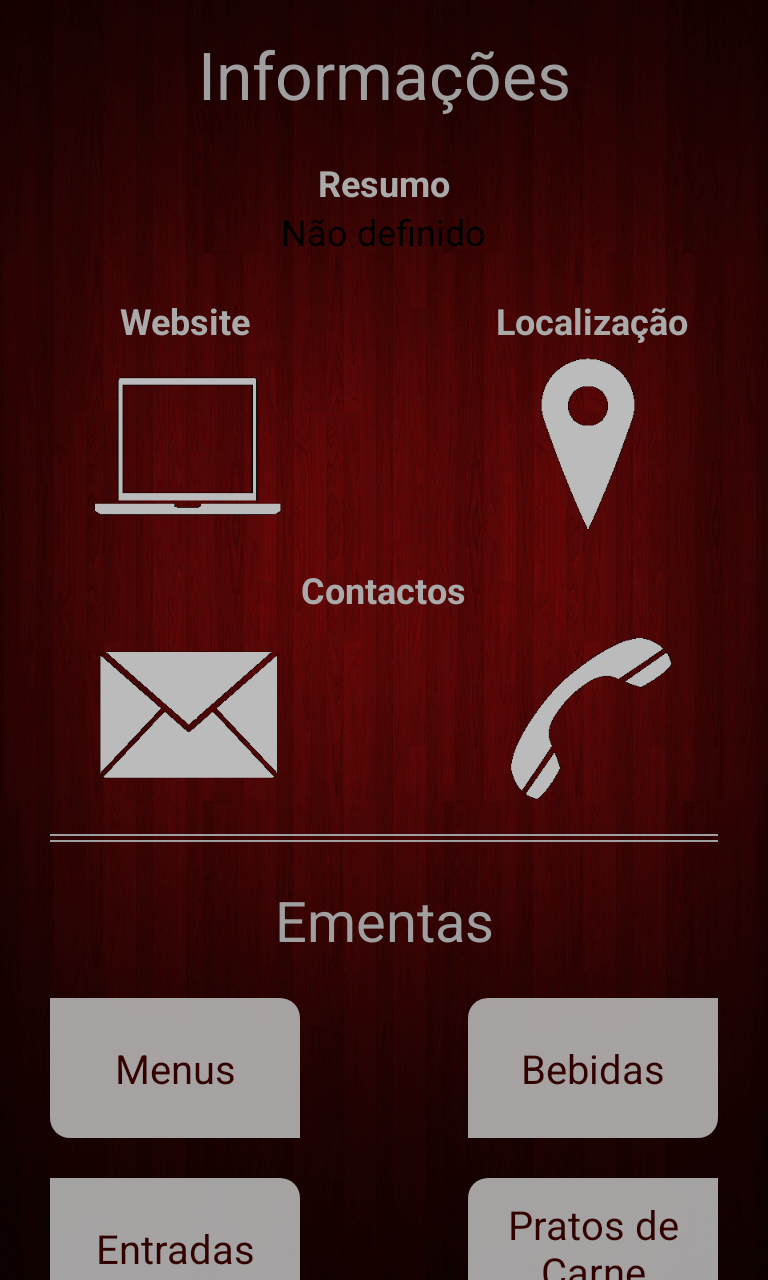
Repository: LuisFilipeDias/eMenu
Layout: SideMenuTutorial/res/layout/fragment.xml
The author's editor kept a copy of each file at every save. The layout is drawn from the files as they stood at one save, then again after the next save.
It is drawn on a 768 x 1280 px phone screen (xhdpi) without system bars, with theme Theme.Sherlock; the app's code is not run.

Above is the layout before, as saved 2013-12-23 22:34:11.

### SideMenuTutorial/res/layout/fragment.xml
<LinearLayout xmlns:android="http://schemas.android.com/apk/res/android"
    xmlns:tools="http://schemas.android.com/tools"
    android:id="@+id/LinearLayout1"
    android:layout_width="match_parent"
    android:layout_height="match_parent"
    android:orientation="vertical"
    android:background="@drawable/back_a"
    tools:context=".MainActivity" >

    <ScrollView
        android:id="@+id/scrollView1"
        android:layout_width="match_parent"
        android:layout_height="match_parent">

	    <RelativeLayout
	        android:layout_width="match_parent"
	        android:layout_height="match_parent"
	        android:layout_marginLeft="25dp"
	        android:layout_marginRight="25dp" >

		    <RelativeLayout
		        android:id="@+id/relative_1"
		        android:layout_width="match_parent"
		        android:layout_height="match_parent"
		        android:layout_alignParentLeft="true"
		        android:layout_alignParentRight="true" >

		   		<TextView
		        	android:id="@+id/info_ttl"
		            android:text="@string/info_ttl"
		            android:textColor="@color/emenu_color"
		            android:layout_width="match_parent"
		            android:layout_height="match_parent"
	            	android:layout_marginTop="15dp"
		            android:textAppearance="?android:attr/textAppearanceLarge"
	            	android:gravity="center_horizontal|center_vertical"
		            android:textSize="33sp"/>

			    <TextView
			        android:id="@+id/resumee_ttl"
			        android:layout_width="wrap_content"
			        android:layout_height="wrap_content"
			        android:layout_below="@+id/info_ttl"
			        android:layout_centerHorizontal="true"
			        android:layout_marginTop="20dp"
			        android:text="@string/resumee_ttl"
			        android:textAppearance="?android:attr/textAppearanceLarge"
			        android:textColor="@android:color/darker_gray"
			        android:textSize="18sp"
			        android:textStyle="bold" />

			    <TextView
			        android:id="@+id/resumee_txt"
			        android:layout_width="wrap_content"
			        android:layout_height="wrap_content"
			        android:layout_below="@+id/resumee_ttl"
			        android:layout_centerHorizontal="true"
			        android:text="@string/resumee_txt"
			        android:textAppearance="?android:attr/textAppearanceLarge"
			        android:textSize="18sp" />

		   		<TextView
		            android:id="@+id/website_ttl"
		            android:text="@string/website_ttl"
		            android:textStyle="bold"
		            android:textColor="@android:color/darker_gray"
		            android:layout_width="wrap_content"
		            android:layout_height="wrap_content"
	            	android:layout_marginTop="20dp"
	            	android:layout_marginLeft="35dp"
	            	android:layout_below="@+id/resumee_txt"
		            android:textAppearance="?android:attr/textAppearanceLarge"
		            android:clickable="true"
		            android:textSize="18sp" />

		   		<Button
		            android:id="@+id/website_txt"
		            android:layout_width="100dp"
		            android:layout_height="100dp"
	            	android:layout_marginLeft="-15dp"
	            	android:layout_below="@+id/website_ttl"
			        android:layout_alignLeft="@+id/website_ttl"
	            	android:background="@drawable/website_clicked"
	            	android:onClick="websiteClicked" />

			   	<TextView
			       	android:id="@+id/location_ttl"
			       	android:layout_width="wrap_content"
			       	android:layout_height="wrap_content"
	               	android:layout_marginTop="20dp"
	               	android:layout_marginRight="15dp"
			       	android:layout_alignParentRight="true"
	            	android:layout_below="@+id/resumee_txt"
			       	android:clickable="true"
			       	android:text="@string/location_ttl"
			       	android:textAppearance="?android:attr/textAppearanceLarge"
			       	android:textColor="@android:color/darker_gray"
			       	android:textSize="18sp"
			       	android:textStyle="bold" />

			   	<Button
			       	android:id="@+id/location_txt"
			       	android:layout_width="100dp"
			       	android:layout_height="100dp"
	               	android:layout_below="@+id/location_ttl"
			       	android:layout_alignRight="@+id/location_ttl"
			       	android:background="@drawable/local_clicked"
			       	android:onClick="locationClicked" />

		   		<TextView
			       	android:id="@+id/contacts_ttl"
			       	android:layout_width="wrap_content"
			       	android:layout_height="wrap_content"
			       	android:layout_below="@+id/location_txt"
			       	android:layout_marginTop="10dp"
			       	android:clickable="true"
			       	android:text="@string/contacts_ttl"
			        android:layout_centerHorizontal="true"
			       	android:textAppearance="?android:attr/textAppearanceLarge"
			       	android:textColor="@android:color/darker_gray"
			       	android:textSize="18sp"
			       	android:textStyle="bold" />

		   		<TextView
		            android:id="@+id/email_txt"
	            	android:background="@drawable/email_clicked"
		            android:layout_width="100dp"
		            android:layout_height="100dp"
	            	android:layout_marginLeft="20dp"
	            	android:layout_below="@+id/contacts_ttl"
		            android:clickable="true"
	           	 	android:onClick="emailClicked" />

			   	<TextView
			       	android:id="@+id/phone_txt"
			       	android:background="@drawable/phone_clicked"
			       	android:layout_width="100dp"
			       	android:layout_height="100dp"
	            	android:layout_marginRight="15dp"
	            	android:layout_below="@+id/contacts_ttl"
			       	android:layout_alignParentRight="true"
			       	android:clickable="true"
			       	android:onClick="phoneClicked" />

		    </RelativeLayout>

		        <View
		            android:id="@+id/sep_1"
		            android:background="@color/emenu_color"
		            android:layout_width="fill_parent"
		            android:layout_height="1dp"
		            android:layout_marginTop="10dp"
	            	android:layout_below="@+id/relative_1" />

		        <View
		            android:id="@+id/sep_2"
		            android:background="@color/emenu_color"
		            android:layout_width="fill_parent"
		            android:layout_height="1dp"
		            android:layout_marginBottom="10dp"
		            android:layout_marginTop="2dp"
	            	android:layout_below="@+id/sep_1"/>

		   <TextView
		            android:id="@+id/carte_ttl"
		            android:text="@string/carte_ttl"
		            android:textColor="@color/emenu_color"
		            android:layout_width="match_parent"
		            android:layout_height="match_parent"
	            	android:layout_marginTop="10dp"
		            android:textAppearance="?android:attr/textAppearanceLarge"
	            	android:gravity="center_horizontal|center_vertical"
	            	android:layout_below="@+id/sep_2"
		            android:textSize="28sp" />

	        <TextView
	            android:id="@+id/menu_txt"
	            android:text="@string/menu_txt"
	            android:textColor="@color/brown"
	            android:layout_width="125dp"
	            android:layout_height="70dp"
	            android:layout_marginTop="20dp"
	            android:layout_below="@+id/carte_ttl"
	            android:background="@drawable/left_clicked"
	            android:gravity="center_horizontal|center_vertical"
	            android:textAppearance="?android:attr/textAppearanceLarge"
		        android:clickable="true"
	            android:onClick="menuClicked"
	            android:textSize="20sp" />

	        <TextView
	            android:id="@+id/drinks_txt"
	            android:text="@string/drinks_txt"
	            android:textColor="@color/brown"
	            android:layout_width="125dp"
	            android:layout_height="70dp"
	            android:layout_marginTop="20dp"
	            android:layout_alignBottom="@+id/menu_txt"
	            android:layout_alignParentRight="true"
	            android:background="@drawable/right_clicked"
	            android:gravity="center_horizontal|center_vertical"
	            android:textAppearance="?android:attr/textAppearanceLarge"
	            android:clickable="true"
	            android:onClick="drinksClicked"
	            android:textSize="20sp" />

	        <TextView
	            android:id="@+id/entry_txt"
	            android:text="@string/entry_txt"
	            android:textColor="@color/brown"
	            android:layout_width="125dp"
	            android:layout_height="70dp"
	            android:layout_marginTop="20dp"
	            android:layout_alignParentLeft="true"
	            android:layout_below="@+id/menu_txt"
	            android:background="@drawable/left_clicked"
	            android:gravity="center_horizontal|center_vertical"
	            android:textAppearance="?android:attr/textAppearanceLarge"
	            android:clickable="true"
	            android:onClick="entryClicked"
	            android:textSize="20sp" />

	        <TextView
	            android:id="@+id/meat_txt"
	            android:text="@string/meat_txt"
	            android:textColor="@color/brown"
	            android:layout_width="125dp"
	            android:layout_height="70dp"
	            android:layout_marginTop="20dp"
	            android:layout_alignBottom="@+id/entry_txt"
	            android:layout_alignParentRight="true"
	            android:background="@drawable/right_clicked"
	            android:gravity="center_horizontal|center_vertical"
	            android:textAppearance="?android:attr/textAppearanceLarge"
	            android:clickable="true"
	            android:onClick="meatClicked"
	            android:textSize="20sp" />

	        <TextView
	            android:id="@+id/fish_txt"
	            android:text="@string/fish_txt"
	            android:textColor="@color/brown"
	            android:layout_width="125dp"
	            android:layout_height="70dp"
	            android:layout_below="@+id/meat_txt"
	            android:layout_marginTop="20dp"
	            android:background="@drawable/left_clicked"
	            android:gravity="center_horizontal|center_vertical"
	            android:textAppearance="?android:attr/textAppearanceLarge"
	            android:clickable="true"
	            android:onClick="fishClicked"
	            android:textSize="20sp" />

	        <TextView
	            android:id="@+id/others_txt"
	            android:text="@string/others_txt"
	            android:textColor="@color/brown"
	            android:layout_width="125dp"
	            android:layout_height="70dp"
	            android:layout_marginTop="20dp"
	            android:layout_alignBottom="@+id/fish_txt"
	            android:layout_alignParentRight="true"
	            android:background="@drawable/right_clicked"
	            android:gravity="center_horizontal|center_vertical"
	            android:textAppearance="?android:attr/textAppearanceLarge"
	            android:clickable="true"
	            android:onClick="othersClicked"
	            android:textSize="20sp" />

	        <TextView
	            android:id="@+id/deserts_txt"
	            android:text="@string/deserts_txt"
	            android:textColor="@color/brown"
	            android:layout_width="125dp"
	            android:layout_height="70dp"
	            android:layout_marginTop="20dp"
	            android:layout_below="@+id/others_txt"
	            android:layout_centerHorizontal="true"
	            android:background="@drawable/center_clicked"
	            android:gravity="center_horizontal|center_vertical"
	            android:textAppearance="?android:attr/textAppearanceLarge"
	            android:clickable="true"
	            android:textSize="20sp"
	            android:onClick="desertClicked"
        		android:layout_marginBottom="20dp"/>

		   <View
		        android:id="@+id/sep_3"
		        android:background="@color/emenu_color"
		        android:layout_width="fill_parent"
		        android:layout_height="1dp"
		        android:layout_marginTop="20dp"
	         	android:layout_below="@+id/deserts_txt" />

	    </RelativeLayout>
    </ScrollView>

</LinearLayout>

### SideMenuTutorial/res/values/strings.xml
<?xml version="1.0" encoding="utf-8"?>
<resources>


    <string name="drawer_close">drawer_close</string>
    <string name="drawer_open">drawer_open</string>
    <string name="title_activity_fetch_database">title_activity_fetch_database</string>
    <string name="title_activity_main">Escolher Restaurante</string>
    <string name="title_activity_display">Escolher Opção</string>
    <string name="title_activity_menu">Restaurantes</string>
    <string name="title_display_activity">Escolher</string>
    <string name="action_settings">action_settings</string>
    <string name="Fragment1">Fragment1</string>
    <string name="Fragment2">Fragment2</string>
    <string name="Fragment3">Fragment3</string>
    <string name="hello_world">Hello</string>
    <string name="Fragment1">Fragment1</string>
    <string name="menu_settings">Definições</string>

    <string name="menu_txt">Menus</string>
    <string name="entry_txt">Entradas</string>
    <string name="meat_txt">Pratos de Carne</string>
    <string name="fish_txt">Pratos de peixe</string>
    <string name="others_txt">Outros Pratos</string>
    <string name="deserts_txt">Sobremesas</string>
    <string name="drinks_txt">Bebidas</string>

    <string name="app_name">eMenu</string>
    <string name="carte_ttl">Ementas</string>
    <string name="info_ttl">Informações</string>

    <string name="resumee_ttl">Resumo</string>
    <string name="resumee_txt">Não definido    </string>
    <string name="website_ttl">Website</string>
    <string name="website_txt">Não definido    </string>
    <string name="location_ttl">Localização</string>
    <string name="location_txt">Não definido    </string>
    <string name="contacts_ttl">Contactos</string>
    <string name="phone_txt">- Telefones -</string>
    <string name="email_txt">- Emails -</string>

    <string name="bogus_ttl">Opção</string>
    <string name="bogus_txt"> - Não disponível...\n\n</string>
    <string name="bogus_price"> </string>

    <string name="left_btn_txt">Left</string>
    <string name="right_btn_txt">Right</string>
</resources>

### SideMenuTutorial/res/values/colors.xml
<?xml version="1.0" encoding="utf-8"?>
<resources>
        <color name="background_color">#888888</color>
        <color name="text_color">#00FFFF</color>
        <color name="random_color">#0000FF</color>
        <color name="light_grey">#EBEBEB</color>
        <color name="medium_grey">#A0A0A0</color>
        <color name="dark_grey">#646464</color>
        <color name="light_red">#FFE2E2</color>
        <color name="medium_red">#FFB4B4</color>
        <color name="light_blue">#E2E2FF</color>
        <color name="medium_blue">#B4B4FF</color>
        <color name="dark_blue">#0000FF</color>
        <color name="light_green">#E2FFE2</color>
        <color name="medium_green">#B4FFB4</color>
        <color name="emenu_color">#9F9F9F</color>
        <color name="light_orange">#FFC983</color>
        <color name="medium_orange">#FFB778</color>
        <color name="light_yellow">#FFFFBF</color>
        <color name="medium_yellow">#FFFFA3</color>
        <color name="white">#FFFFFF</color>
        <color name="top_blue">#3399CC</color>
        <color name="brown">#330000</color>
</resources>

### SideMenuTutorial/res/drawable/website_clicked.xml
<?xml version="1.0" encoding="utf-8"?>
<selector xmlns:android="http://schemas.android.com/apk/res/android">
<!-- Button Focused-->
    <item   android:state_focused="true"
            android:state_pressed="false"
            android:drawable="@drawable/website_click"
            />
<!-- Button Focused Pressed-->
    <item   android:state_focused="true"
            android:state_pressed="true"
            android:drawable="@drawable/website_click"
            />
<!-- Button Pressed-->
    <item   android:state_focused="false"
            android:state_pressed="true"
            android:drawable="@drawable/website_click"
            />
<!-- Button Default Image-->
    <item   android:drawable="@drawable/website"/>

</selector>

### SideMenuTutorial/res/drawable/local_clicked.xml
<?xml version="1.0" encoding="utf-8"?>
<selector xmlns:android="http://schemas.android.com/apk/res/android">
<!-- Button Focused-->
    <item   android:state_focused="true"
            android:state_pressed="false"
            android:drawable="@drawable/local_click"
            />
<!-- Button Focused Pressed-->
    <item   android:state_focused="true"
            android:state_pressed="true"
            android:drawable="@drawable/local_click"
            />
<!-- Button Pressed-->
    <item   android:state_focused="false"
            android:state_pressed="true"
            android:drawable="@drawable/local_click"
            />
<!-- Button Default Image-->
    <item   android:drawable="@drawable/local"/>

</selector>

### SideMenuTutorial/res/drawable/email_clicked.xml
<?xml version="1.0" encoding="utf-8"?>
<selector xmlns:android="http://schemas.android.com/apk/res/android">
<!-- Button Focused-->
    <item   android:state_focused="true"
            android:state_pressed="false"
            android:drawable="@drawable/email_click"
            />
<!-- Button Focused Pressed-->
    <item   android:state_focused="true"
            android:state_pressed="true"
            android:drawable="@drawable/email_click"
            />
<!-- Button Pressed-->
    <item   android:state_focused="false"
            android:state_pressed="true"
            android:drawable="@drawable/email_click"
            />
<!-- Button Default Image-->
    <item   android:drawable="@drawable/email"/>

</selector>

### SideMenuTutorial/res/drawable/phone_clicked.xml
<?xml version="1.0" encoding="utf-8"?>
<selector xmlns:android="http://schemas.android.com/apk/res/android">
<!-- Button Focused-->
    <item   android:state_focused="true"
            android:state_pressed="false"
            android:drawable="@drawable/phone_click"
            />
<!-- Button Focused Pressed-->
    <item   android:state_focused="true"
            android:state_pressed="true"
            android:drawable="@drawable/phone_click"
            />
<!-- Button Pressed-->
    <item   android:state_focused="false"
            android:state_pressed="true"
            android:drawable="@drawable/phone_click"
            />
<!-- Button Default Image-->
    <item   android:drawable="@drawable/phone"/>

</selector>

### SideMenuTutorial/res/drawable/left_clicked.xml
<?xml version="1.0" encoding="utf-8"?>
<selector xmlns:android="http://schemas.android.com/apk/res/android">
<!-- Button Focused-->
    <item   android:state_focused="true"
            android:state_pressed="false"
            android:drawable="@drawable/left_bg"
            />
<!-- Button Focused Pressed-->
    <item   android:state_focused="true"
            android:state_pressed="true"
            android:drawable="@drawable/left_bg"
            />
<!-- Button Pressed-->
    <item   android:state_focused="false"
            android:state_pressed="true"
            android:drawable="@drawable/left_bg"
            />
<!-- Button Default Image-->
    <item   android:drawable="@drawable/left_hover"/>

</selector>

### SideMenuTutorial/res/drawable/right_clicked.xml
<?xml version="1.0" encoding="utf-8"?>
<selector xmlns:android="http://schemas.android.com/apk/res/android">
<!-- Button Focused-->
    <item   android:state_focused="true"
            android:state_pressed="false"
            android:drawable="@drawable/right_bg"
            />
<!-- Button Focused Pressed-->
    <item   android:state_focused="true"
            android:state_pressed="true"
            android:drawable="@drawable/right_bg"
            />
<!-- Button Pressed-->
    <item   android:state_focused="false"
            android:state_pressed="true"
            android:drawable="@drawable/right_bg"
            />
<!-- Button Default Image-->
    <item   android:drawable="@drawable/right_hover"/>

</selector>

### SideMenuTutorial/res/drawable/center_clicked.xml
<?xml version="1.0" encoding="utf-8"?>
<selector xmlns:android="http://schemas.android.com/apk/res/android">
<!-- Button Focused-->
    <item   android:state_focused="true"
            android:state_pressed="false"
            android:drawable="@drawable/center_bg"
            />
<!-- Button Focused Pressed-->
    <item   android:state_focused="true"
            android:state_pressed="true"
            android:drawable="@drawable/center_bg"
            />
<!-- Button Pressed-->
    <item   android:state_focused="false"
            android:state_pressed="true"
            android:drawable="@drawable/center_bg"
            />
<!-- Button Default Image-->
    <item   android:drawable="@drawable/center_hover"/>

</selector>

### SideMenuTutorial/res/drawable/center_bg.xml
<?xml version="1.0" encoding="UTF-8"?>
<shape xmlns:android="http://schemas.android.com/apk/res/android">
<!--this is to give gradient effect -->
<gradient   android:angle="270"
            android:startColor="#FFFFFFFF"
            android:endColor="#FFFFFFFF"
            />
<!-- this is make corners of button rounded -->
<corners    android:topLeftRadius="10dip"
               android:bottomRightRadius="10dip"
               android:topRightRadius="10dip"
               android:bottomLeftRadius="10dip"/>

</shape>

### SideMenuTutorial/res/drawable/center_hover.xml
<?xml version="1.0" encoding="UTF-8"?>
<shape xmlns:android="http://schemas.android.com/apk/res/android">
<!--this is to give gradient effect -->
<gradient   android:angle="270"
               android:startColor="#DDBBBBBB"
               android:endColor="#DDBBBBBB"
               />
<!-- this is make corners of button rounded -->
<corners    android:topLeftRadius="10dip"
               android:bottomRightRadius="10dip"
               android:topRightRadius="10dip"
               android:bottomLeftRadius="10dip"/>

</shape>

### SideMenuTutorial/res/drawable/right_bg.xml
<?xml version="1.0" encoding="UTF-8"?>
<shape xmlns:android="http://schemas.android.com/apk/res/android">
<!--this is to give gradient effect -->
<gradient   android:angle="270"
            android:startColor="#FFFFFFFF"
            android:endColor="#FFFFFFFF"
            />
<!-- this is make corners of button rounded -->
<corners    android:topLeftRadius="10dip"
               android:bottomRightRadius="10dip"
               android:topRightRadius="0dip"
               android:bottomLeftRadius="0dip"/>

</shape>

### SideMenuTutorial/res/drawable/right_hover.xml
<?xml version="1.0" encoding="UTF-8"?>
<shape xmlns:android="http://schemas.android.com/apk/res/android">
<!--this is to give gradient effect -->
<gradient   android:angle="270"
               android:startColor="#DDBBBBBB"
               android:endColor="#DDBBBBBB"
               />
<!-- this is make corners of button rounded -->
<corners    android:topLeftRadius="10dip"
               android:bottomRightRadius="10dip"
               android:topRightRadius="0dip"
               android:bottomLeftRadius="0dip"/>

</shape>

### SideMenuTutorial/res/drawable/left_bg.xml
<?xml version="1.0" encoding="UTF-8"?>
<shape xmlns:android="http://schemas.android.com/apk/res/android">
<!--this is to give gradient effect -->
<gradient   android:angle="270"
            android:startColor="#FFFFFFFF"
            android:endColor="#FFFFFFFF"
            />
<!-- this is make corners of button rounded -->
<corners    android:topLeftRadius="0dip"
               android:bottomRightRadius="0dip"
               android:topRightRadius="10dip"
               android:bottomLeftRadius="10dip"/>

</shape>

### SideMenuTutorial/res/drawable/left_hover.xml
<?xml version="1.0" encoding="UTF-8"?>
<shape xmlns:android="http://schemas.android.com/apk/res/android">
<!--this is to give gradient effect -->
<gradient   android:angle="270"
               android:startColor="#DDBBBBBB"
               android:endColor="#DDBBBBBB"
               />
<!-- this is make corners of button rounded -->
<corners    android:topLeftRadius="0dip"
               android:bottomRightRadius="0dip"
               android:topRightRadius="10dip"
               android:bottomLeftRadius="10dip"/>

</shape>

After the next save:
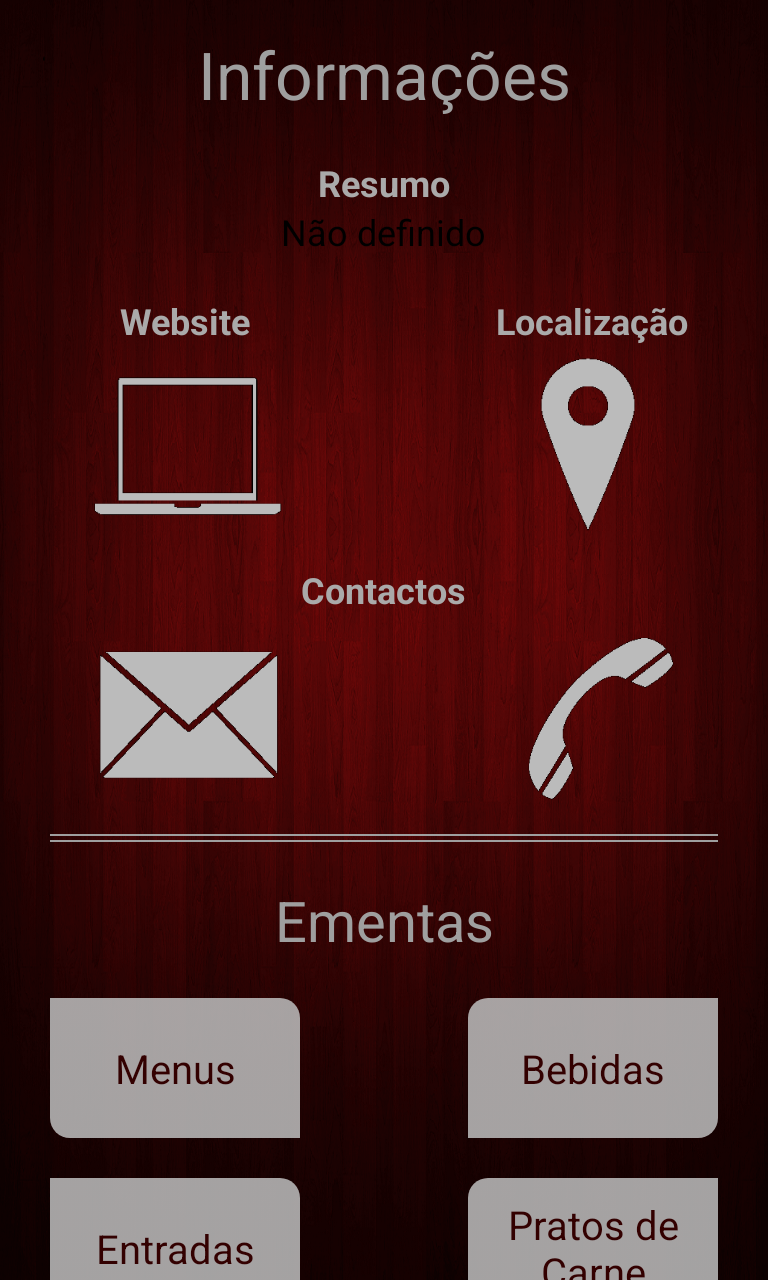
Saved 21 s later.
--- a/SideMenuTutorial/res/layout/fragment.xml
+++ b/SideMenuTutorial/res/layout/fragment.xml
@@ -134,7 +134,7 @@
 			   	<TextView
 			       	android:id="@+id/phone_txt"
 			       	android:background="@drawable/phone_clicked"
-			       	android:layout_width="100dp"
+			       	android:layout_width="90dp"
 			       	android:layout_height="100dp"
 	            	android:layout_marginRight="15dp"
 	            	android:layout_below="@+id/contacts_ttl"
